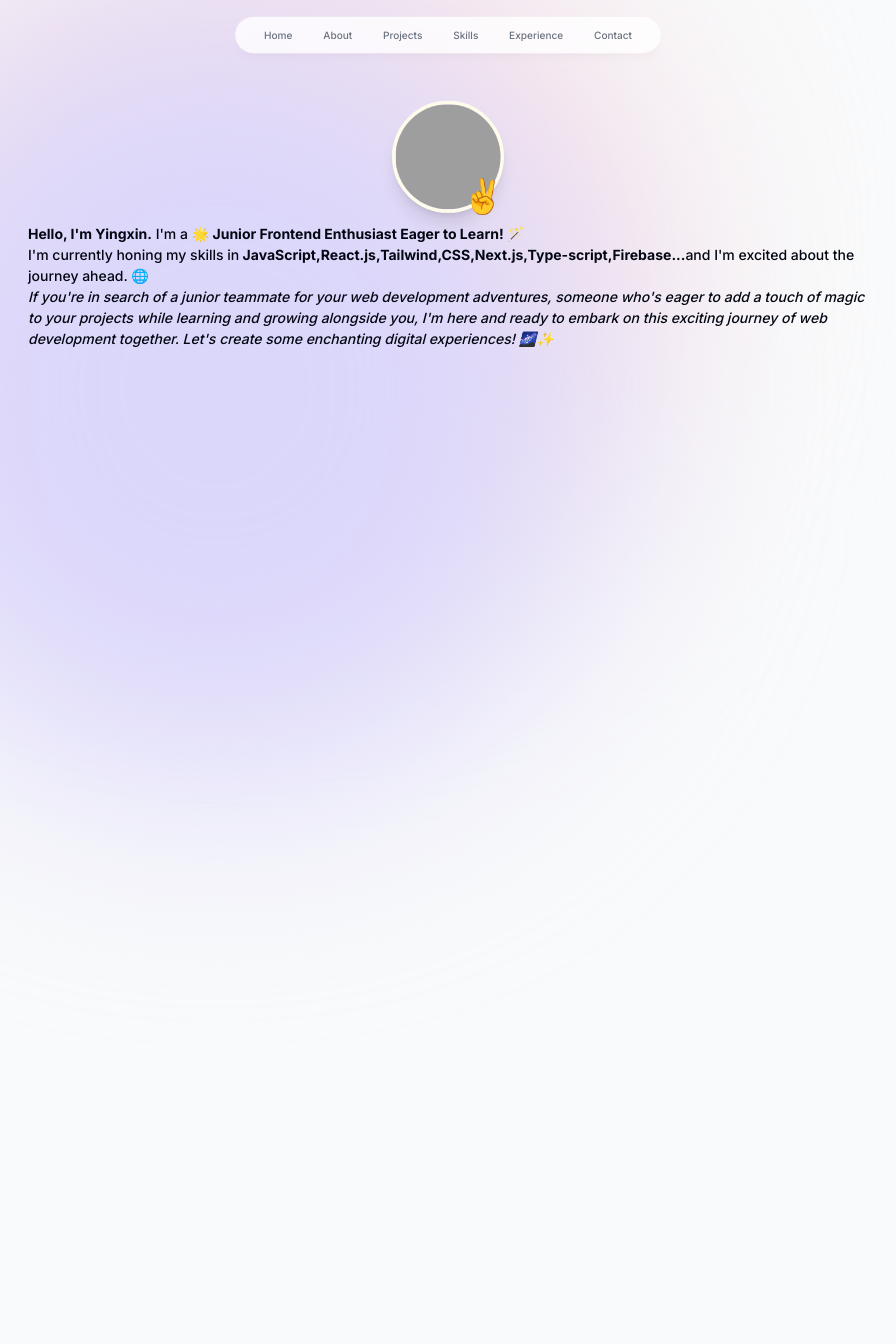
Repository: Tracy-maker/portfolio_website
Page: /
The author's editor kept a copy of each file at every save. The page is drawn from the files as they stood at one save, then again after a run of saves.
The browser window is 1280 px wide. The pictures show the part of the page from y = 0 to 1920 px (the page is 5000 px tall), at 70% of full size.
Pictures or frames that could not be fetched are drawn as grey boxes. The project was rebuilt for these pictures with package versions that can differ from the ones it lists, and the page was loaded fresh each time. The framework's server and built-in components were replaced by stand-ins that run in the browser. Also part of the build but not shown: next.config.js.

Above is the page before, as saved 2023-10-02 18:05:27.

### app/layout.tsx
import Header from "@/components/header";
import "./globals.css";
import type { Metadata } from "next";
import { Inter } from "next/font/google";

const inter = Inter({ subsets: ["latin"] });

export const metadata: Metadata = {
  title: "Yingxin_Zhang | Portfolio",
  description: "Yingxin_Zhang is a front-end developer",
};

export default function RootLayout({
  children,
}: {
  children: React.ReactNode;
}) {
  return (
    <html lang="en">
      <body
        className={`${inter.className} bg-gray-50 text-gray-950 relative h-[5000px] pt-28 sm:pt-36`}
      >
        <div className="bg-[#fbe2e3] absolute top-[-6rem] -z-10 right-[21rem] h-[56.25rem] w-[31.25rem] rounded-full blur-[10rem] sm:w-[68.75rem]"></div>
        <div className="bg-[#dbd7fb] absolute top-[-1rem] -z-10 left-[-45rem] h-[71.25rem] w-[-30rem] rounded-full blur-[10rem] sm:w-[68.75rem] md:left-[-33rem] lg:left-[-28rem] xl:left-[-15rem] 2xl:left-[-5rem]"></div>
        <Header />
        {children}
      </body>
    </html>
  );
}

### app/page.tsx
import Intro from "@/components/intro";
import Image from "next/image";

export default function Home() {
  return (
    <main className="">
      <Intro />
    </main>
  );
}

### components/header.tsx
"use client";
import { motion } from "framer-motion";
import { links } from "@/lib/data";
import Link from "next/link";

export default function Header() {
  return (
    <header className="z-[999] relative">
      <motion.div
        className="fixed top-0 left-1/2 h-[4.5rem] w-full
        rounded-none border border-white border-opacity-40
        bg-white bg-opacity-80 shadow-lg shadow-black/[0.03]
        backdrop-blur-[0.5rem] sm:top-6 sm:h-[3.25rem] sm:w-[38rem] sm:rounded-full"
        initial={{ y: -100, x: "-50%", opacity: 0 }}
        animate={{ y: 0, x: "-50%", opacity: 1 }}
      ></motion.div>

      <nav className="flex fixed top-[0.15rem] left-1/2 h-12 -translate-x-1/2 py-2 sm:top-[1.7rem] sm:h-[initial] sm:py-0">
        <ul className="flex w-[22rem] flex-wrap items-center justify-center gap-y-1 text-[0.9rem] font-medium text-gray-500 sm:w-[initial] sm:flex-nowrap sm:gap-5">
          {links.map((link) => (
            <motion.li
              className="h-3/4 flex items-center justify-center relative"
              key={link.hash}
              initial={{ y: -100, opacity: 0 }}
              animate={{ y: 0, opacity: 1 }}
            >
              <Link
                className="flex w-full items-center justify-center px-3 py-3 hover:text-gray-950 transition"
                href={link.hash}
              >
                {link.name}
              </Link>
            </motion.li>
          ))}
        </ul>
      </nav>
    </header>
  );
}

### components/intro.tsx
"use client";

import Image from "next/image";
import React from "react";
import { motion } from "framer-motion";

export default function Intro() {
  return (
    <section>
      <div className="flex items-center justify-center">
        <div className="relative">
          <motion.div
            initial={{ opacity: 0, scale: 0 }}
            animate={{ opacity: 1, scale: 1 }}
            transition={{
              type: "tween",
              duration: 0.2,
            }}
          >
            <Image
              src="https://i.ibb.co/MRHHtS5/Wechat-IMG7.jpg"
              alt="Personal image"
              width="300"
              height="300"
              quality="90"
              priority={true}
              className="h-40 w-40 rounded-full object-cover border-[0.35rem] border-amber-50 shadow-xl"
            />
          </motion.div>

          <motion.span
            className="absolute bottom-0 right-0 text-5xl"
            initial={{ opacity: 0, scale: 0 }}
            animate={{ opacity: 1, scale: 1 }}
            transition={{
              type: "spring",
              stiffness: 125,
              delay: 0.1,
              duration: 0.7,
            }}
          >
            ✌️
          </motion.span>
        </div>
      </div>
      <motion.h6
        className="mb-10 mt-4 px-10 text-l font-medium !leading-[1.5] sm:text-xl"
        initial={{ opacity: 0, y: 100 }}
        animate={{ opacity: 1, y: 0 }}
      >
        <span className="font-bold">Hello, I'm Yingxin.</span> I'm a{" "}
        <span className="font-bold">
          🌟 Junior Frontend Enthusiast Eager to Learn! 🪄
        </span>
        <br />
        I'm currently honing my skills in
        <span className="font-bold">
          {""} JavaScript,React.js,Tailwind,CSS,Next.js,Type-script,Firebase...
        </span>
        and I'm excited about the journey ahead. 🌐
        <br />
        <span className="italic">
          If you're in search of a junior teammate for your web development
          adventures, someone who's eager to add a touch of magic to your
          projects while learning and growing alongside you, I'm here and ready
          to embark on this exciting journey of web development together. Let's
          create some enchanting digital experiences! 🌌✨
        </span>
      </motion.h6>
    </section>
  );
}

### lib/data.ts
import React from "react";
import { CgWorkAlt } from "react-icons/cg";
import { FaReact } from "react-icons/fa";
import { LuGraduationCap } from "react-icons/lu";
import p1Img from "@/public/p1.png";
import p2Img from "@/public/p2.png";
import p3Img from "@/public/p3.png";

export const links = [
  {
    name: "Home",
    hash: "#home",
  },
  {
    name: "About",
    hash: "#about",
  },
  {
    name: "Projects",
    hash: "#projects",
  },
  {
    name: "Skills",
    hash: "#skills",
  },
  {
    name: "Experience",
    hash: "#experience",
  },
  {
    name: "Contact",
    hash: "#contact",
  },
] as const;

export const experiencesData = [
  {
    title: "Graduated bootcamp",
    location: "Miami, FL",
    description:
      "I graduated after 6 months of studying. I immediately found a job as a front-end developer.",
    icon: React.createElement(LuGraduationCap),
    date: "2019",
  },
  {
    title: "Front-End Developer",
    location: "Orlando, FL",
    description:
      "I worked as a front-end developer for 2 years in 1 job and 1 year in another job. I also upskilled to the full stack.",
    icon: React.createElement(CgWorkAlt),
    date: "2019 - 2021",
  },
  {
    title: "Full-Stack Developer",
    location: "Houston, TX",
    description:
      "I'm now a full-stack developer working as a freelancer. My stack includes React, Next.js, TypeScript, Tailwind, Prisma and MongoDB. I'm open to full-time opportunities.",
    icon: React.createElement(FaReact),
    date: "2021 - present",
  },
] as const;

export const projectsData = [
  {
    title: "CorpComment",
    description:
      "I worked as a full-stack developer on this startup project for 2 years. Users can give public feedback to companies.",
    tags: ["React", "Next.js", "MongoDB", "Tailwind", "Prisma"],
    imageUrl: p1Img,
  },
  {
    title: "rmtDev",
    description:
      "Job board for remote developer jobs. I was the front-end developer. It has features like filtering, sorting and pagination.",
    tags: ["React", "TypeScript", "Next.js", "Tailwind", "Redux"],
    imageUrl: p2Img,
  },
  {
    title: "Word Analytics",
    description:
      "A public web app for quick analytics on text. It shows word count, character count and social media post limits.",
    tags: ["React", "Next.js", "SQL", "Tailwind", "Framer"],
    imageUrl: p3Img,
  },
] as const;

export const skillsData = [
  "HTML",
  "CSS",
  "JavaScript",
  "TypeScript",
  "React",
  "Next.js",
  "Git",
  "MUI-material",
  "Tailwind",
  "REST-API",
  "PostgreSQL",
  "Framer Motion",
] as const;

Loaded but not shown: app/globals.css (common file); tailwind.config.ts (common file)

After the next 2 saves:
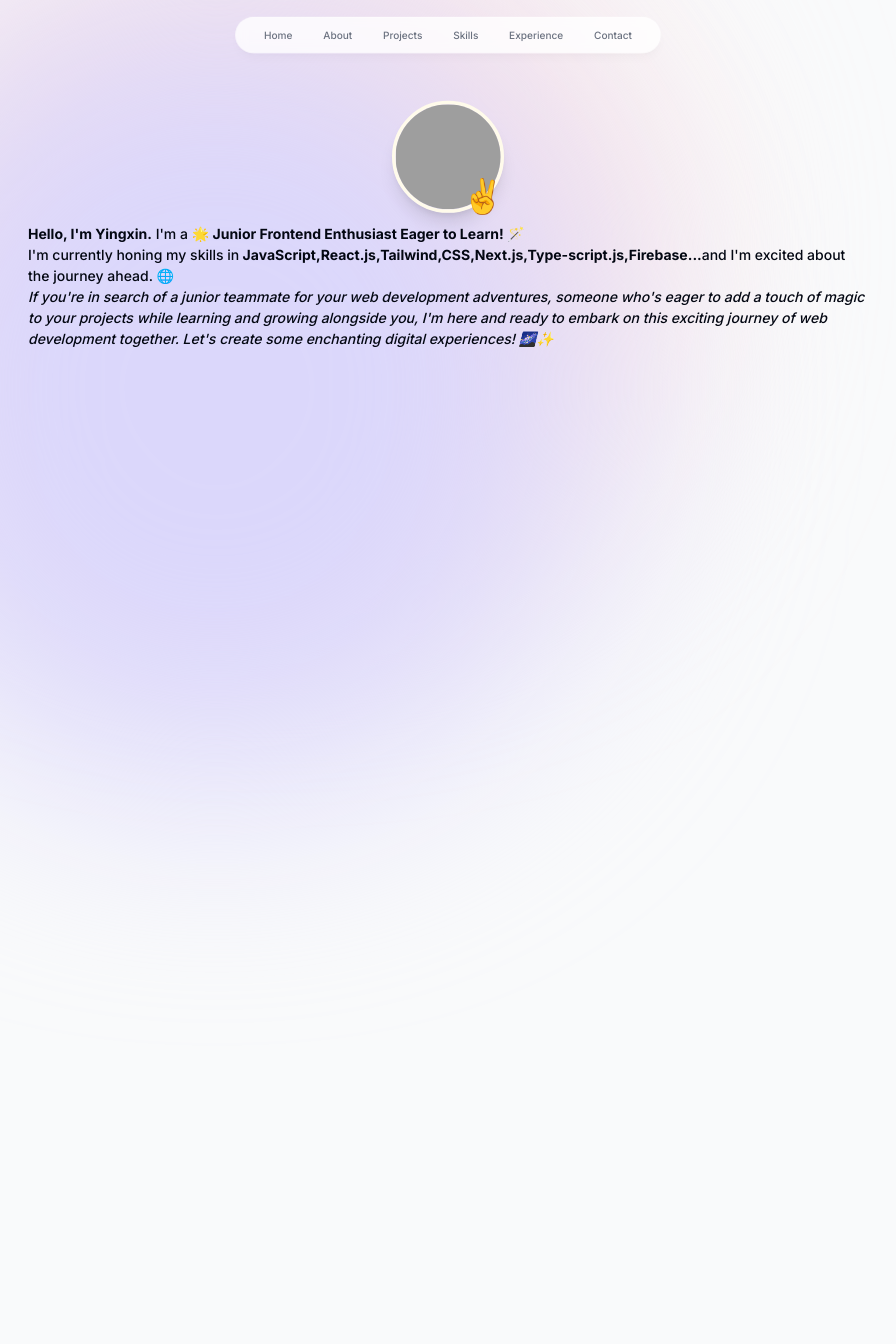
The 2 saves are shown as one change because they came seconds apart.
The last was saved 75 s later.
--- a/components/intro.tsx
+++ b/components/intro.tsx
@@ -55,7 +55,8 @@ export default function Intro() {
         <br />
         I'm currently honing my skills in
         <span className="font-bold">
-          {""} JavaScript,React.js,Tailwind,CSS,Next.js,Type-script,Firebase...
+          {""}{" "}
+          JavaScript,React.js,Tailwind,CSS,Next.js,Type-script.js,Firebase...
         </span>
         and I'm excited about the journey ahead. 🌐
         <br />
